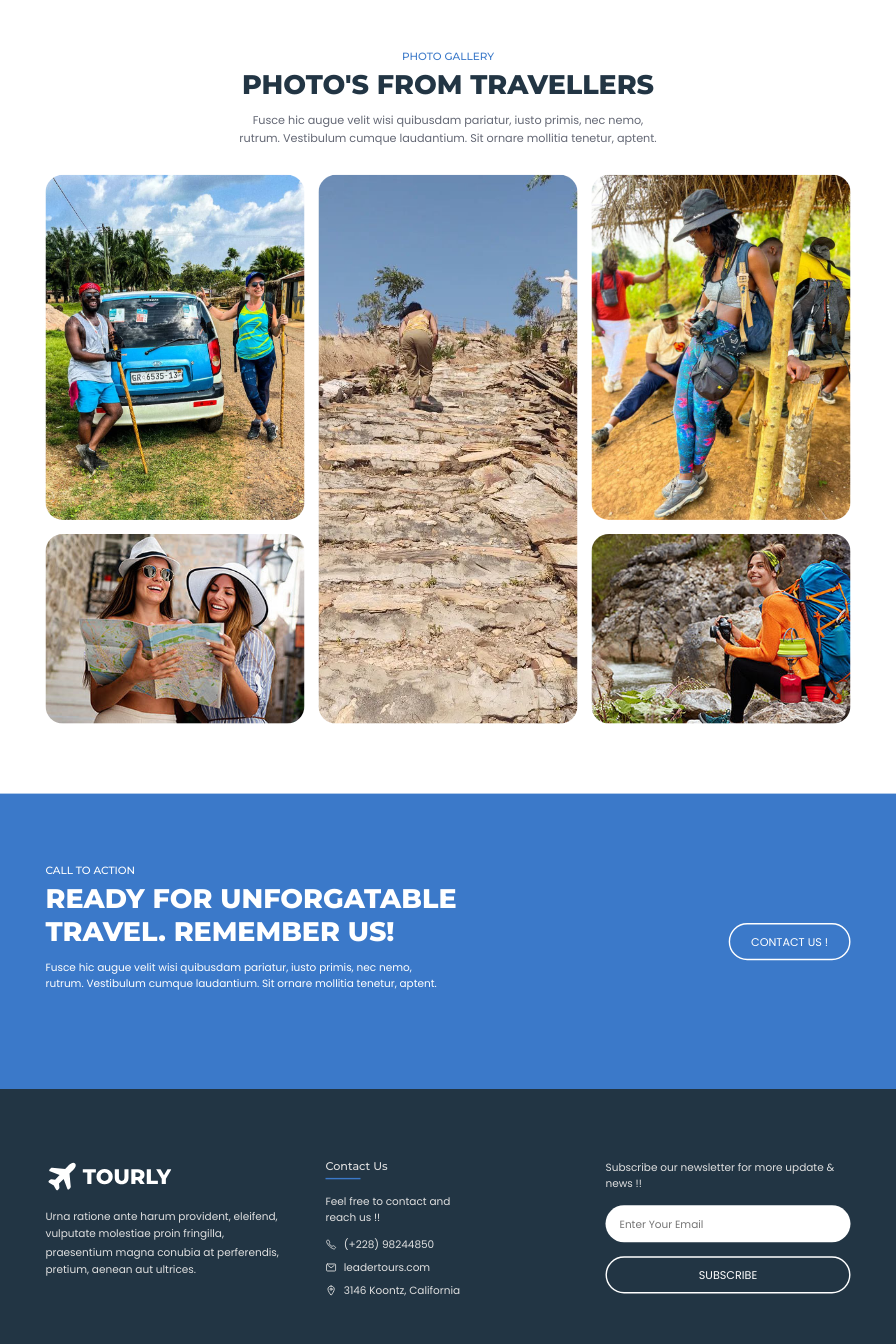
Repository: starlabman/Leader_Tours
Page: index.html
The author's editor kept a copy of each file at every save. The page is drawn from the files as they stood at one save, then again after a run of saves.
The browser window is 1280 px wide. The pictures show the part of the page from y = 3494 to 5414 px (the page is 5552 px tall before and 5651 px after), at 70% of full size.

Above is the page before, as saved 2023-10-23 08:13:26.

### index.html
<!DOCTYPE html>
<html lang="en">

<head>
  <meta charset="UTF-8">
  <meta http-equiv="X-UA-Compatible" content="IE=edge">
  <meta name="viewport" content="width=device-width, initial-scale=1.0">
  <title>Leader Tours agency</title>

  <!--
    - favicon
  -->
  <link rel="shortcut icon" href="./favicon.svg" type="image/svg+xml">

  <!--
    - custom css link
  -->
  <link rel="stylesheet" href="./assets/css/style.css">

  <!--
    - google font link
  -->
  <link rel="preconnect" href="https://fonts.googleapis.com">
  <link rel="preconnect" href="https://fonts.gstatic.com" crossorigin>
  <link
    href="https://fonts.googleapis.com/css2?family=Montserrat:wght@500;600;700;800&family=Poppins:wght@400;500;600;700&display=swap"
    rel="stylesheet">
</head>

<body id="top">

  <!--
    - #HEADER
  -->

  <header class="header" data-header>

    <div class="overlay" data-overlay></div>

    <div class="header-top">
      <div class="container">

        <a href="tel:+22898244850" class="helpline-box">

          <div class="icon-box">
            <ion-icon name="call-outline"></ion-icon>
          </div>

          <div class="wrapper">
            <p class="helpline-title"> For Further Inquires :</p>

            <p class="helpline-number">(+228) 98244850</p>
          </div>

        </a>

        <a href="#" class="logo">
          <img src="./assets/images/logo.svg" alt="Leader Tours logo">
        </a>

        <div class="header-btn-group">

          <button class="search-btn" aria-label="Search">
            <ion-icon name="search"></ion-icon>
          </button>

          <button class="nav-open-btn" aria-label="Open Menu" data-nav-open-btn>
            <ion-icon name="menu-outline"></ion-icon>
          </button>

        </div>

      </div>
    </div>

    <div class="header-bottom">
      <div class="container">

        <ul class="social-list">

          <li>
            <a href="#" class="social-link">
              <ion-icon name="logo-facebook"></ion-icon>
            </a>
          </li>

          <li>
            <a href="#" class="social-link">
              <ion-icon name="logo-twitter"></ion-icon>
            </a>
          </li>

          <li>
            <a href="#" class="social-link">
              <ion-icon name="logo-youtube"></ion-icon>
            </a>
          </li>

        </ul>

        <nav class="navbar" data-navbar>

          <div class="navbar-top">

            <a href="#" class="logo">
              <img src="./assets/images/logo-blue.svg" alt="Tourly logo">
            </a>

            <button class="nav-close-btn" aria-label="Close Menu" data-nav-close-btn>
              <ion-icon name="close-outline"></ion-icon>
            </button>

          </div>

          <ul class="navbar-list">

            <li>
              <a href="#home" class="navbar-link" data-nav-link>home</a>
            </li>

            <li>
              <a href="#" class="navbar-link" data-nav-link>about us</a>
            </li>

            <li>
              <a href="#destination" class="navbar-link" data-nav-link>destination</a>
            </li>

            <li>
              <a href="#package" class="navbar-link" data-nav-link>packages</a>
            </li>

            <li>
              <a href="#gallery" class="navbar-link" data-nav-link>gallery</a>
            </li>

            <li>
              <a href="#contact" class="navbar-link" data-nav-link>contact us</a>
            </li>

          </ul>

        </nav>

        <button class="btn btn-primary">Book Now</button>

      </div>
    </div>

  </header>





  <main>
    <article>

      <!--
        - #HERO
      -->

      <section class="hero" id="home">
        <div class="container">

          <h2 class="h1 hero-title">Journey to explore world</h2>

          <p class="hero-text">
            Ac mi duis mollis. Sapiente? Scelerisque quae, penatibus? Suscipit class corporis nostra rem quos
            voluptatibus habitant?
            Fames, vivamus minim nemo enim, gravida lobortis quasi, eum.
          </p>

          <div class="btn-group">
            <button class="btn btn-primary">Learn more</button>

            <button class="btn btn-secondary">Book now</button>
          </div>

        </div>
      </section>





      <!--
        - #TOUR SEARCH
      -->

      <section class="tour-search">
        <div class="container">

          <form action="" class="tour-search-form">

            <div class="input-wrapper">
              <label for="destination" class="input-label">Search Destination*</label>

              <input type="text" name="destination" id="destination" required placeholder="Enter Destination"
                class="input-field">
            </div>

            <div class="input-wrapper">
              <label for="people" class="input-label">Pax Number*</label>

              <input type="number" name="people" id="people" required placeholder="No.of People" class="input-field">
            </div>

            <div class="input-wrapper">
              <label for="checkin" class="input-label">Checkin Date**</label>

              <input type="date" name="checkin" id="checkin" required class="input-field">
            </div>

            <div class="input-wrapper">
              <label for="checkout" class="input-label">Checkout Date*</label>

              <input type="date" name="checkout" id="checkout" required class="input-field">
            </div>

            <button type="submit" class="btn btn-secondary">Inquire now</button>

          </form>

        </div>
      </section>





      <!--
        - #POPULAR
      -->

      <section class="popular" id="destination">
        <div class="container">

          <p class="section-subtitle">Uncover place</p>

          <h2 class="h2 section-title">Popular destination</h2>

          <p class="section-text">
            Fusce hic augue velit wisi quibusdam pariatur, iusto primis, nec nemo, rutrum. Vestibulum cumque laudantium.
            Sit ornare
            mollitia tenetur, aptent.
          </p>

          <ul class="popular-list">

            <li>
              <div class="popular-card">

                <figure class="card-img">
                  <img src="./assets/images/popular-1.jpg" alt="San miguel, italy" loading="lazy">
                </figure>

                <div class="card-content">

                  <div class="card-rating">
                    <ion-icon name="star"></ion-icon>
                    <ion-icon name="star"></ion-icon>
                    <ion-icon name="star"></ion-icon>
                    <ion-icon name="star"></ion-icon>
                    <ion-icon name="star"></ion-icon>
                  </div>

                  <p class="card-subtitle">
                    <a href="#">Italy</a>
                  </p>

                  <h3 class="h3 card-title">
                    <a href="#">San miguel</a>
                  </h3>

                  <p class="card-text">
                    Fusce hic augue velit wisi ips quibusdam pariatur, iusto.
                  </p>

                </div>

              </div>
            </li>

            <li>
              <div class="popular-card">

                <figure class="card-img">
                  <img src="./assets/images/popular-2.jpg" alt="Burj khalifa, dubai" loading="lazy">
                </figure>

                <div class="card-content">

                  <div class="card-rating">
                    <ion-icon name="star"></ion-icon>
                    <ion-icon name="star"></ion-icon>
                    <ion-icon name="star"></ion-icon>
                    <ion-icon name="star"></ion-icon>
                    <ion-icon name="star"></ion-icon>
                  </div>

                  <p class="card-subtitle">
                    <a href="#">Dubai</a>
                  </p>

                  <h3 class="h3 card-title">
                    <a href="#">Burj khalifa</a>
                  </h3>

                  <p class="card-text">
                    Fusce hic augue velit wisi ips quibusdam pariatur, iusto.
                  </p>

                </div>

              </div>
            </li>

            <li>
              <div class="popular-card">

                <figure class="card-img">
                  <img src="./assets/images/popular-3.jpg" alt="Kyoto temple, japan" loading="lazy">
                </figure>

                <div class="card-content">

                  <div class="card-rating">
                    <ion-icon name="star"></ion-icon>
                    <ion-icon name="star"></ion-icon>
                    <ion-icon name="star"></ion-icon>
                    <ion-icon name="star"></ion-icon>
                    <ion-icon name="star"></ion-icon>
                  </div>

                  <p class="card-subtitle">
                    <a href="#">Japan</a>
                  </p>

                  <h3 class="h3 card-title">
                    <a href="#">Kyoto temple</a>
                  </h3>

                  <p class="card-text">
                    Fusce hic augue velit wisi ips quibusdam pariatur, iusto.
                  </p>

                </div>

              </div>
            </li>

          </ul>

          <button class="btn btn-primary">More destintion</button>

        </div>
      </section>





      <!--
        - #PACKAGE
      -->

      <section class="package" id="package">
        <div class="container">

          <p class="section-subtitle">Popular Packeges</p>

          <h2 class="h2 section-title">Checkout Our Packeges</h2>

          <p class="section-text">
            Fusce hic augue velit wisi quibusdam pariatur, iusto primis, nec nemo, rutrum. Vestibulum cumque laudantium.
            Sit ornare
            mollitia tenetur, aptent.
          </p>

          <ul class="package-list">

            <li>
              <div class="package-card">

                <figure class="card-banner">
                  <img src="./assets/images/packege-1.jpg" alt="Experience The Great Holiday On Beach" loading="lazy">
                </figure>

                <div class="card-content">

                  <h3 class="h3 card-title">Experience The Great Holiday On Beach</h3>

                  <p class="card-text">
                    Laoreet, voluptatum nihil dolor esse quaerat mattis explicabo maiores, est aliquet porttitor! Eaque,
                    cras, aspernatur.
                  </p>

                  <ul class="card-meta-list">

                    <li class="card-meta-item">
                      <div class="meta-box">
                        <ion-icon name="time"></ion-icon>

                        <p class="text">7D/6N</p>
                      </div>
                    </li>

                    <li class="card-meta-item">
                      <div class="meta-box">
                        <ion-icon name="people"></ion-icon>

                        <p class="text">pax: 10</p>
                      </div>
                    </li>

                    <li class="card-meta-item">
                      <div class="meta-box">
                        <ion-icon name="location"></ion-icon>

                        <p class="text">Malaysia</p>
                      </div>
                    </li>

                  </ul>

                </div>

                <div class="card-price">

                  <div class="wrapper">

                    <p class="reviews">(25 reviews)</p>

                    <div class="card-rating">
                      <ion-icon name="star"></ion-icon>
                      <ion-icon name="star"></ion-icon>
                      <ion-icon name="star"></ion-icon>
                      <ion-icon name="star"></ion-icon>
                      <ion-icon name="star"></ion-icon>
                    </div>

                  </div>

                  <p class="price">
                    $750
                    <span>/ per person</span>
                  </p>

                  <button class="btn btn-secondary">Book Now</button>

                </div>

              </div>
            </li>

            <li>
              <div class="package-card">

                <figure class="card-banner">
                  <img src="./assets/images/packege-2.jpg" alt="Summer Holiday To The Oxolotan River" loading="lazy">
                </figure>

                <div class="card-content">

                  <h3 class="h3 card-title">Summer Holiday To The Oxolotan River</h3>

                  <p class="card-text">
                    Laoreet, voluptatum nihil dolor esse quaerat mattis explicabo maiores, est aliquet porttitor! Eaque,
                    cras, aspernatur.
                  </p>

                  <ul class="card-meta-list">

                    <li class="card-meta-item">
                      <div class="meta-box">
                        <ion-icon name="time"></ion-icon>

                        <p class="text">7D/6N</p>
                      </div>
                    </li>

                    <li class="card-meta-item">
                      <div class="meta-box">
                        <ion-icon name="people"></ion-icon>

                        <p class="text">pax: 10</p>
                      </div>
                    </li>

                    <li class="card-meta-item">
                      <div class="meta-box">
                        <ion-icon name="location"></ion-icon>

                        <p class="text">Malaysia</p>
                      </div>
                    </li>

                  </ul>

                </div>

                <div class="card-price">

                  <div class="wrapper">

                    <p class="reviews">(20 reviews)</p>

                    <div class="card-rating">
                      <ion-icon name="star"></ion-icon>
                      <ion-icon name="star"></ion-icon>
                      <ion-icon name="star"></ion-icon>
                      <ion-icon name="star"></ion-icon>
                      <ion-icon name="star"></ion-icon>
                    </div>

                  </div>

                  <p class="price">
                    $520
                    <span>/ per person</span>
                  </p>

                  <button class="btn btn-secondary">Book Now</button>

                </div>

              </div>
            </li>

            <li>
              <div class="package-card">

                <figure class="card-banner">
                  <img src="./assets/images/packege-3.jpg" alt="Santorini Island's Weekend Vacation" loading="lazy">
                </figure>

                <div class="card-content">

                  <h3 class="h3 card-title">Santorini Island's Weekend Vacation</h3>

                  <p class="card-text">
                    Laoreet, voluptatum nihil dolor esse quaerat mattis explicabo maiores, est aliquet porttitor! Eaque,
                    cras, aspernatur.
                  </p>

                  <ul class="card-meta-list">

                    <li class="card-meta-item">
                      <div class="meta-box">
                        <ion-icon name="time"></ion-icon>

                        <p class="text">7D/6N</p>
                      </div>
                    </li>

                    <li class="card-meta-item">
                      <div class="meta-box">
                        <ion-icon name="people"></ion-icon>

                        <p class="text">pax: 10</p>
                      </div>
                    </li>

                    <li class="card-meta-item">
                      <div class="meta-box">
                        <ion-icon name="location"></ion-icon>

                        <p class="text">Malaysia</p>
                      </div>
                    </li>

                  </ul>

                </div>

                <div class="card-price">

                  <div class="wrapper">

                    <p class="reviews">(40 reviews)</p>

                    <div class="card-rating">
                      <ion-icon name="star"></ion-icon>
                      <ion-icon name="star"></ion-icon>
                      <ion-icon name="star"></ion-icon>
                      <ion-icon name="star"></ion-icon>
                      <ion-icon name="star"></ion-icon>
                    </div>

                  </div>

                  <p class="price">
                    $660
                    <span>/ per person</span>
                  </p>

                  <button class="btn btn-secondary">Book Now</button>

                </div>

              </div>
            </li>

          </ul>

          <button class="btn btn-primary">View All Packages</button>

        </div>
      </section>





      <!--
        - #GALLERY
      -->

      <section class="gallery" id="gallery">
        <div class="container">

          <p class="section-subtitle">Photo Gallery</p>

          <h2 class="h2 section-title">Photo's From Travellers</h2>

          <p class="section-text">
            Fusce hic augue velit wisi quibusdam pariatur, iusto primis, nec nemo, rutrum. Vestibulum cumque laudantium.
            Sit ornare
            mollitia tenetur, aptent.
          </p>

          <ul class="gallery-list">

            <li class="gallery-item">
              <figure class="gallery-image">
                <img src="./assets/images/photo_2023-09-12_15-59-10.jpg" alt="Gallery image">
              </figure>
            </li>

            <li class="gallery-item">
              <figure class="gallery-image">
                <img src="./assets/images/photo_2023-09-12_15-59-14.jpg" alt="Gallery image">
              </figure>
            </li>

            <li class="gallery-item">
              <figure class="gallery-image">
                <img src="./assets/images/photo_2023-09-12_15-59-16.jpg" alt="Gallery image">
              </figure>
            </li>

            <li class="gallery-item">
              <figure class="gallery-image">
                <img src="./assets/images/gallery-4.jpg" alt="Gallery image">
              </figure>
            </li>

            <li class="gallery-item">
              <figure class="gallery-image">
                <img src="./assets/images/gallery-5.jpg" alt="Gallery image">
              </figure>
            </li>

          </ul>

        </div>
      </section>





      <!--
        - #CTA
      -->

      <section class="cta" id="contact">
        <div class="container">

          <div class="cta-content">
            <p class="section-subtitle">Call To Action</p>

            <h2 class="h2 section-title">Ready For Unforgatable Travel. Remember Us!</h2>

            <p class="section-text">
              Fusce hic augue velit wisi quibusdam pariatur, iusto primis, nec nemo, rutrum. Vestibulum cumque
              laudantium. Sit ornare
              mollitia tenetur, aptent.
            </p>
          </div>

          <button class="btn btn-secondary">Contact Us !</button>

        </div>
      </section>

    </article>
  </main>





  <!--
    - #FOOTER
  -->

  <footer class="footer">

    <div class="footer-top">
      <div class="container">

        <div class="footer-brand">

          <a href="#" class="logo">
            <img src="./assets/images/logo.svg" alt="Tourly logo">
          </a>

          <p class="footer-text">
            Urna ratione ante harum provident, eleifend, vulputate molestiae proin fringilla, praesentium magna conubia
            at
            perferendis, pretium, aenean aut ultrices.
          </p>

        </div>

        <div class="footer-contact">

          <h4 class="contact-title">Contact Us</h4>

          <p class="contact-text">
            Feel free to contact and reach us !!
          </p>

          <ul>

            <li class="contact-item">
              <ion-icon name="call-outline"></ion-icon>

              <a href="tel:+22898244850" class="contact-link">(+228) 98244850</a>
            </li>

            <li class="contact-item">
              <ion-icon name="mail-outline"></ion-icon>

              <a href="mailto:info.tourly.com" class="contact-link">leadertours.com</a>
            </li>

            <li class="contact-item">
              <ion-icon name="location-outline"></ion-icon>

              <address>3146 Koontz, California</address>
            </li>

          </ul>

        </div>

        <div class="footer-form">

          <p class="form-text">
            Subscribe our newsletter for more update & news !!
          </p>

          <form action="" class="form-wrapper">
            <input type="email" name="email" class="input-field" placeholder="Enter Your Email" required>

            <button type="submit" class="btn btn-secondary">Subscribe</button>
          </form>

        </div>

      </div>
    </div>

    <div class="footer-bottom">
      <div class="container">

        <p class="copyright">
          &copy; 2023 <a href="">codewithsadee</a>. All rights reserved
        </p>

        <ul class="footer-bottom-list">

          <li>
            <a href="#" class="footer-bottom-link">Privacy Policy</a>
          </li>

          <li>
            <a href="#" class="footer-bottom-link">Term & Condition</a>
          </li>

          <li>
            <a href="#" class="footer-bottom-link">FAQ</a>
          </li>

        </ul>

      </div>
    </div>

  </footer>





  <!--
    - #GO TO TOP
  -->

  <a href="#top" class="go-top" data-go-top>
    <ion-icon name="chevron-up-outline"></ion-icon>
  </a>





  <!--
    - custom js link
  -->
  <script src="./assets/js/script.js"></script>

  <!--
    - ionicon link
  -->
  <script type="module" src="https://unpkg.com/ionicons@5.5.2/dist/ionicons/ionicons.esm.js"></script>
  <script nomodule src="https://unpkg.com/ionicons@5.5.2/dist/ionicons/ionicons.js"></script>

</body>

</html>

Loaded but not shown: assets/js/script.js (46 lines, source omitted); assets/css/style.css (1298 lines, source omitted)

After the next 2 saves:
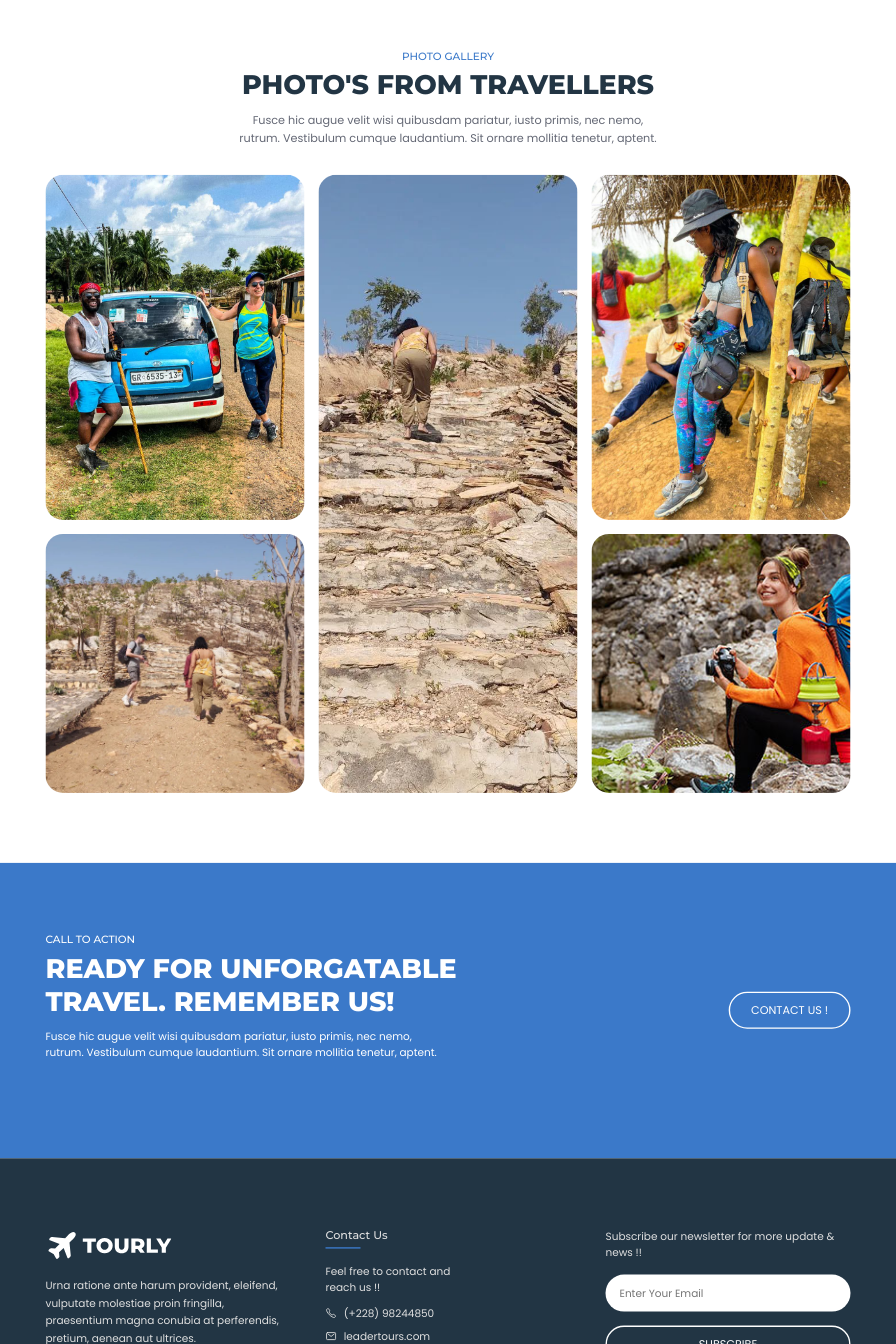
The 2 saves are shown as one change because they came seconds apart.
The last was saved 9 s later.
--- a/index.html
+++ b/index.html
@@ -652,7 +652,7 @@
 
             <li class="gallery-item">
               <figure class="gallery-image">
-                <img src="./assets/images/gallery-4.jpg" alt="Gallery image">
+                <img src="./assets/images/photo_2023-09-12_15-59-21.jpg" alt="Gallery image">
               </figure>
             </li>
 
